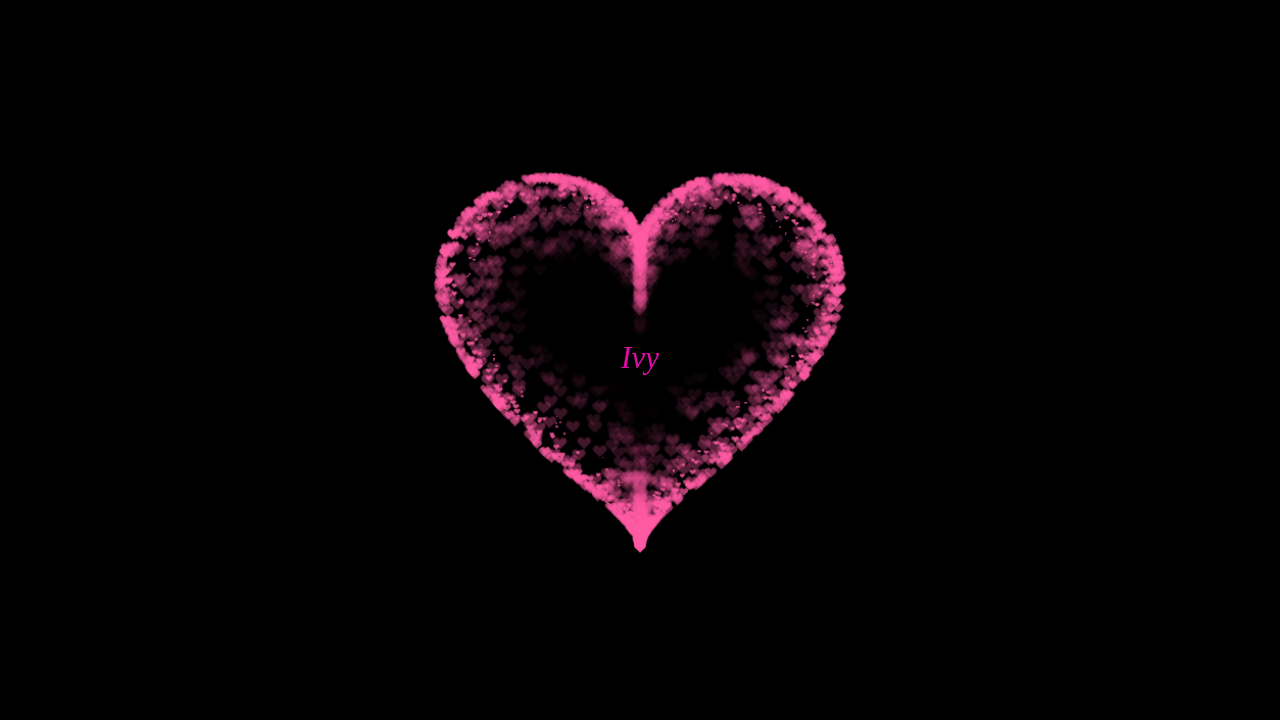
Repository: thaiduy1704/Heart
Page: index.html
The author's editor kept a copy of each file at every save. The page is drawn from the files as they stood at one save, then again after the next save.
The browser window is 1280 px wide. The pictures show the whole page.

Above is the page before, as saved 2022-11-10 17:22:46.

After the next save:
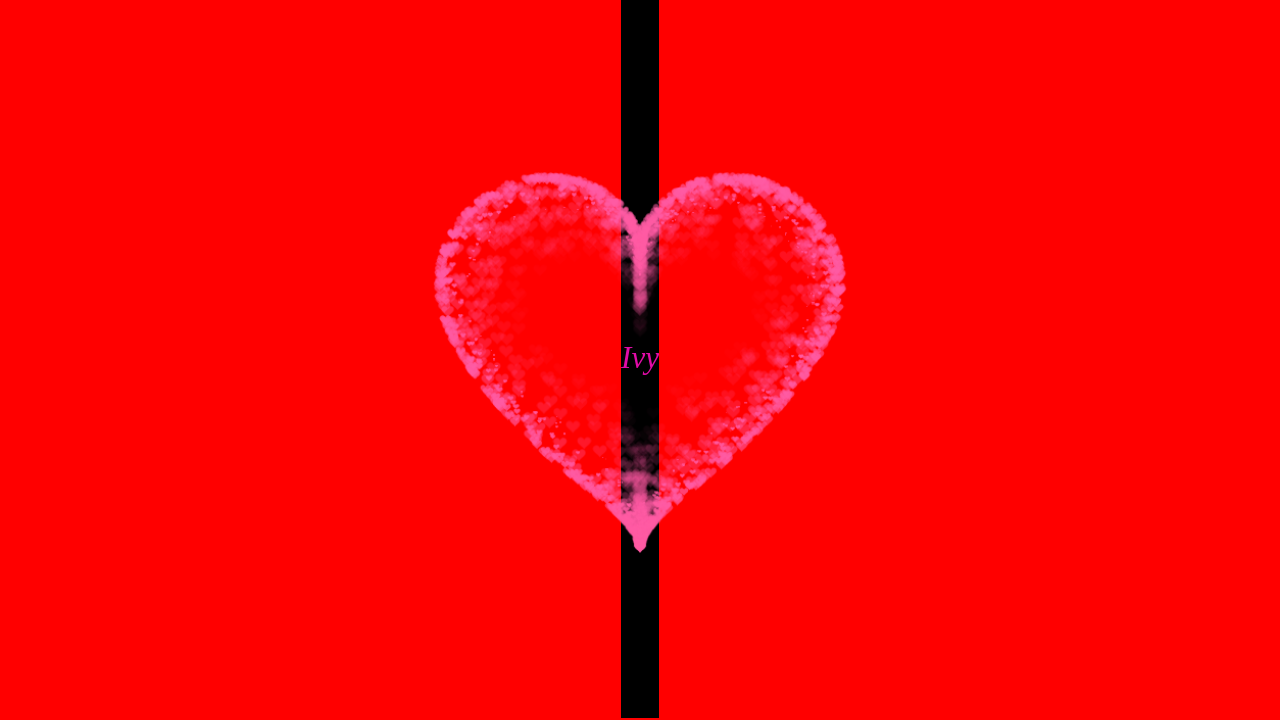
Saved 25 s later.
--- a/index.html
+++ b/index.html
@@ -13,7 +13,7 @@
   height: 100%;
   padding: 0;
   margin: 0;
-  background: #000;
+  background: red;
   display: flex;
   justify-content: center;
   align-items: center;

After the save that followed:
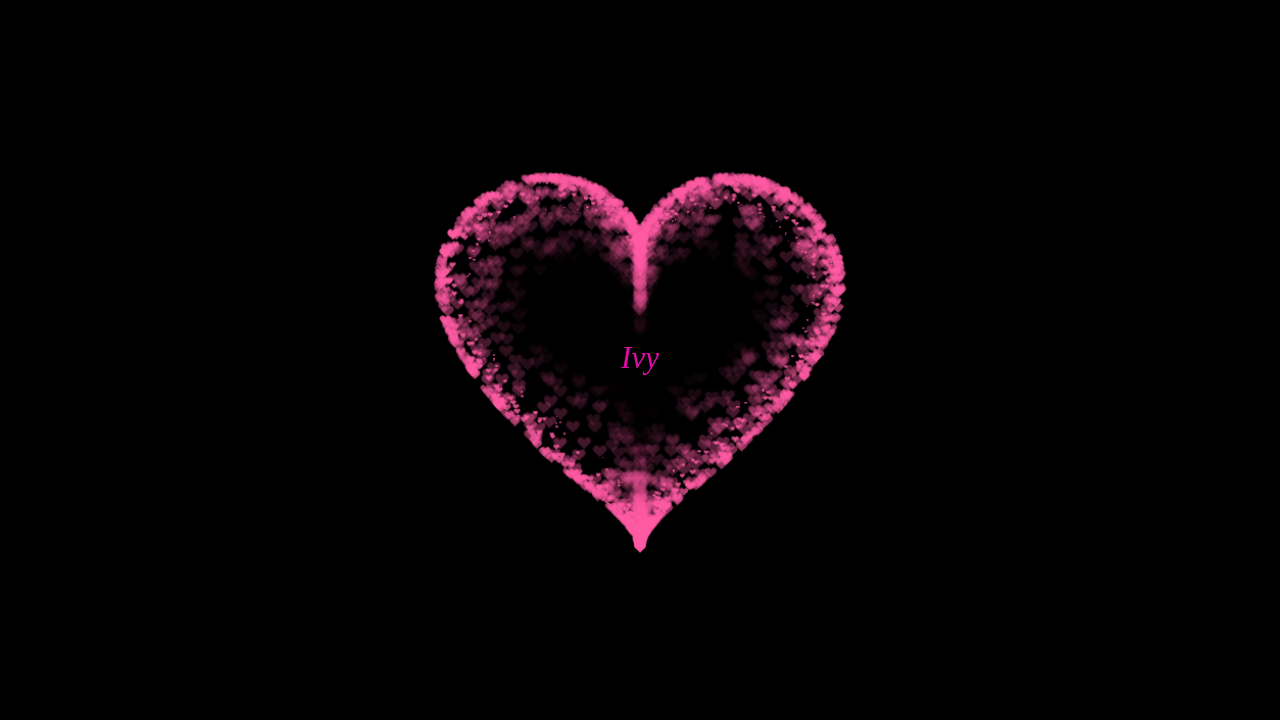
Saved 5 s later.
--- a/index.html
+++ b/index.html
@@ -13,7 +13,7 @@
   height: 100%;
   padding: 0;
   margin: 0;
-  background: red;
+  background: #000;
   display: flex;
   justify-content: center;
   align-items: center;
